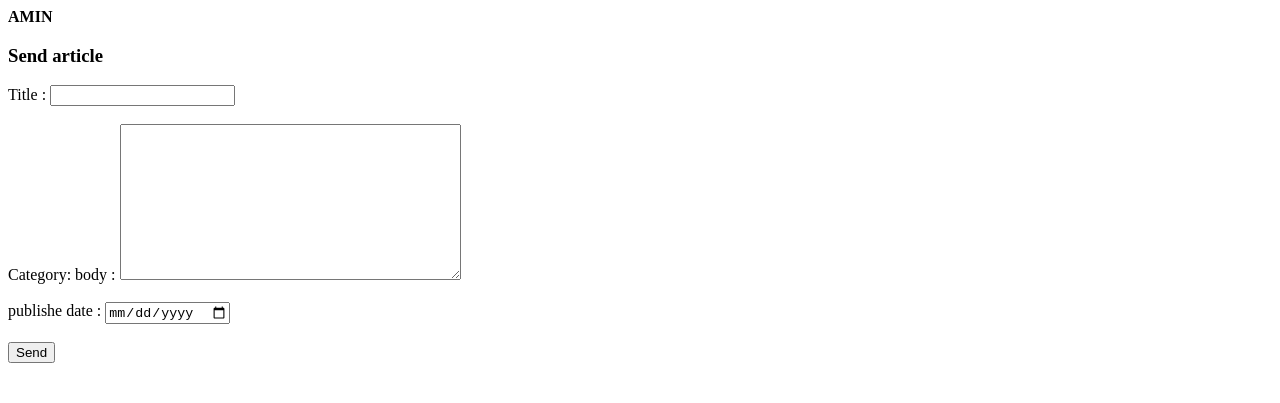
Repository: aminsheikhan/amins-github
Page: index.html
An editor plug-in stored every save of this project. The page is shown before and after a run of saves, followed by the edit.
The browser window is 1280 px wide. The pictures show the whole page.

Above is the page before, as saved 2025-12-10 12:53:47.

After the next 3 saves:
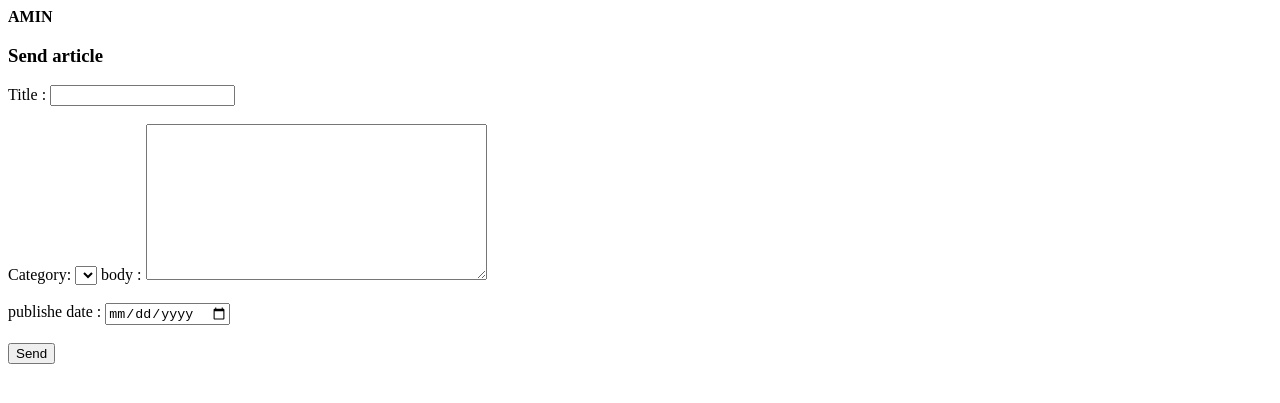
The 3 saves are shown as one change because they came seconds apart.
The last was saved 9 s later.
--- a/index.html
+++ b/index.html
@@ -67,7 +67,7 @@
             <br><br>
 
             <label>Category:</label>
-
+            <select name="" id=""></select>
 
             <label>body :</label>
             <textarea name="body" cols="40" rows="10"></textarea>
